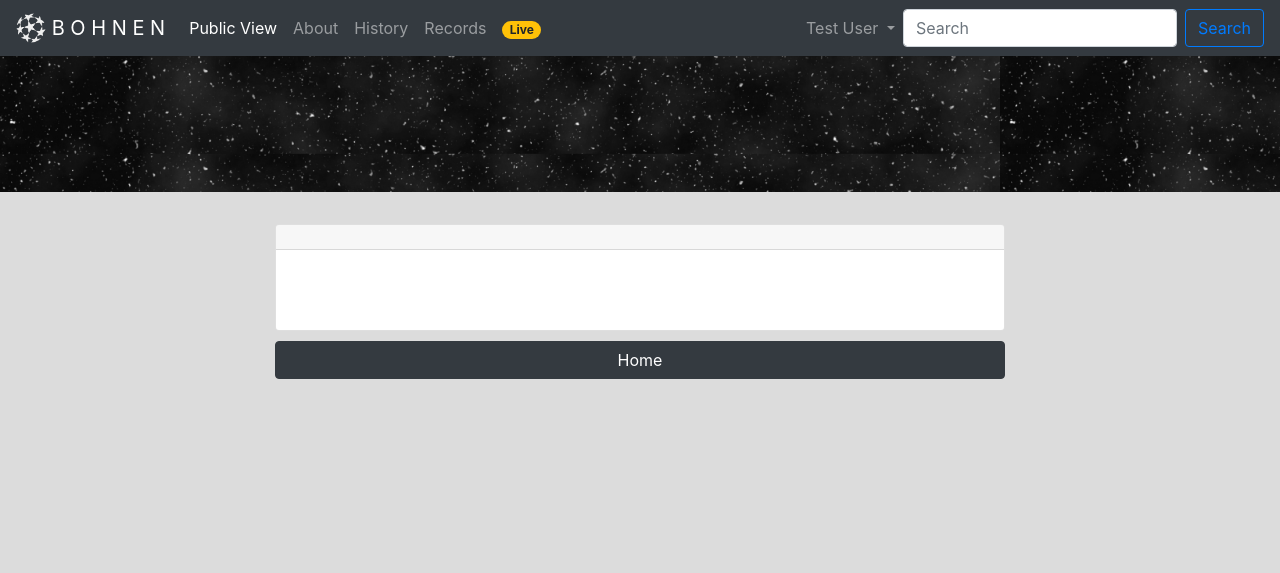
Repository: davidbohnen/BOHNEN
Page: resources/views/post/show.blade.php
These files come from the project's save history. The page is drawn as it stood at one moment and after the next save; the edit follows.
The browser window is 1280 px wide. The pictures show the whole page.
Some web libraries are served in a nearby version. The page is served by the project's Laravel application, run on PHP 8.4 with Laravel 8. A made-up administrator, Test User (test@example.com), is signed in. The template is opened directly, without the code that normally fills it, so the values that code supplies are empty.

Above is the page before, as saved 2020-05-12 12:31:08.

After the next save:
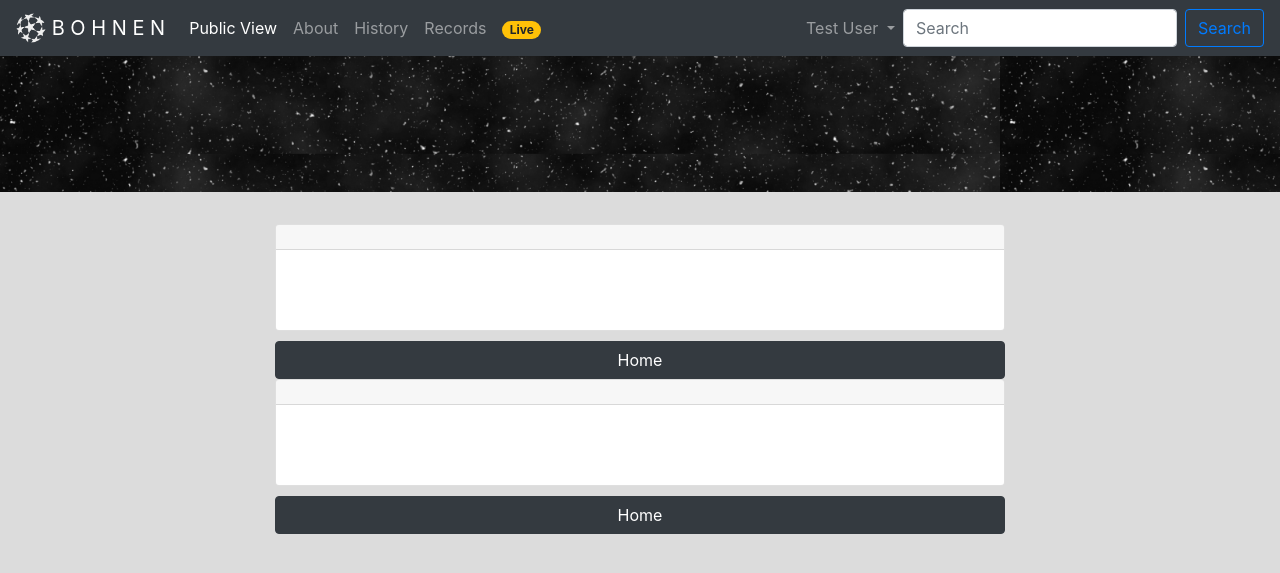
Saved 57 s later.
--- a/resources/views/post/show.blade.php
+++ b/resources/views/post/show.blade.php
@@ -33,4 +33,26 @@
         </div>
     </div>
 </div>
+<div class="container">
+    <div class="row justify-content-center">
+        <div class="col-md-8">
+            <div class="card">
+                <div class="card-header">{{$post->title}}</div>
+
+                    <div class = "card-body">
+                     {{$post->text}}
+                    </div>
+
+                    <div class = "card-body">
+                     {{$post->file}}
+                    </div>
+
+
+
+            </div>
+
+            <a href="/home" class="btn btn-dark" style="width:100%; margin-top:10px"> Home</a>
+        </div>
+    </div>
+</div>
 @endsection

After the save that followed:
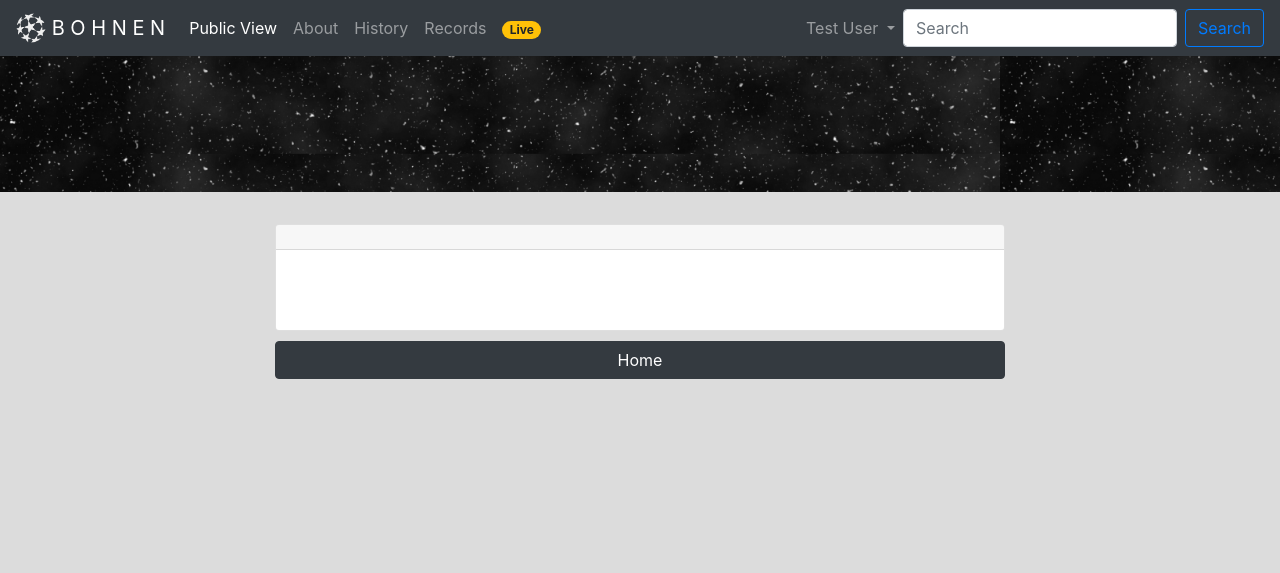
Saved 8 s later.
--- a/resources/views/post/show.blade.php
+++ b/resources/views/post/show.blade.php
@@ -33,26 +33,5 @@
         </div>
     </div>
 </div>
-<div class="container">
-    <div class="row justify-content-center">
-        <div class="col-md-8">
-            <div class="card">
-                <div class="card-header">{{$post->title}}</div>
 
-                    <div class = "card-body">
-                     {{$post->text}}
-                    </div>
-
-                    <div class = "card-body">
-                     {{$post->file}}
-                    </div>
-
-
-
-            </div>
-
-            <a href="/home" class="btn btn-dark" style="width:100%; margin-top:10px"> Home</a>
-        </div>
-    </div>
-</div>
 @endsection
